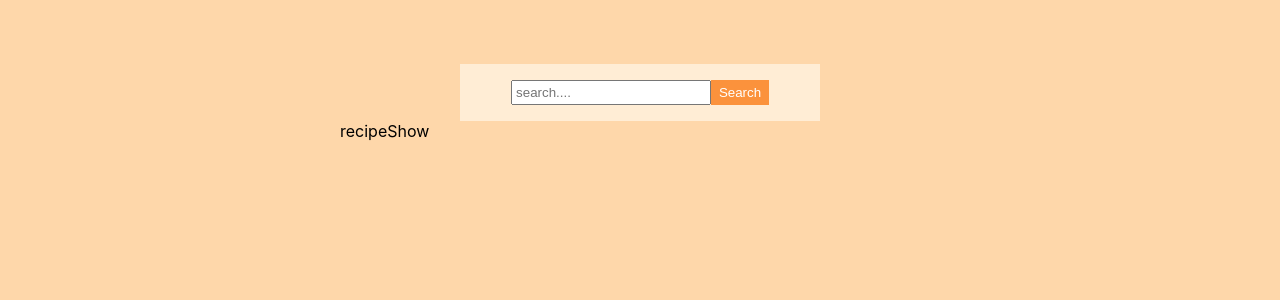
Repository: sandipkarmokar/recipeApp
Page: /
An editor plug-in stored every save of this project. The page is shown before and after the next save, followed by the edit.
The browser window is 1280 px wide. The pictures show the whole page.
The project was rebuilt for these pictures with package versions that can differ from the ones it lists, and the page was loaded fresh each time.

Above is the page before, as saved 2022-04-15 17:00:23.

After the next save:
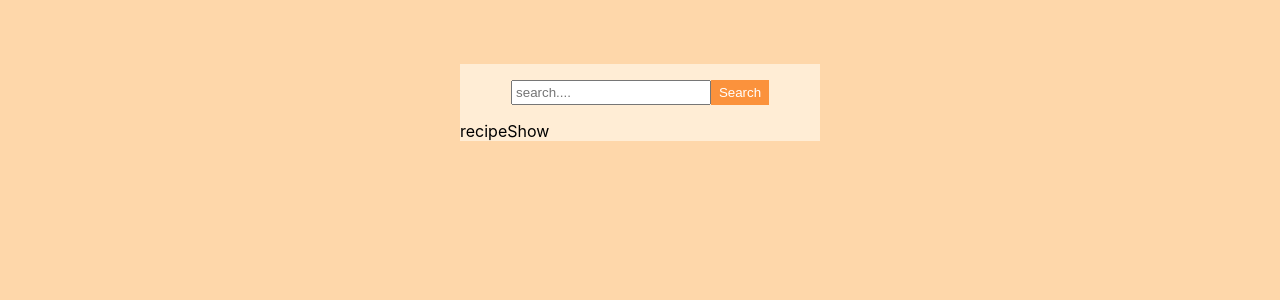
Saved 5 s later.
--- a/src/App.css
+++ b/src/App.css
@@ -47,7 +47,7 @@
     background-color: #f97316;
 }
 
-.app .app-container ..app-modal {
+.app .app-container .app-modal {
     width: 60%;
     margin: 0 auto;
     background-color: #ffedd5;
